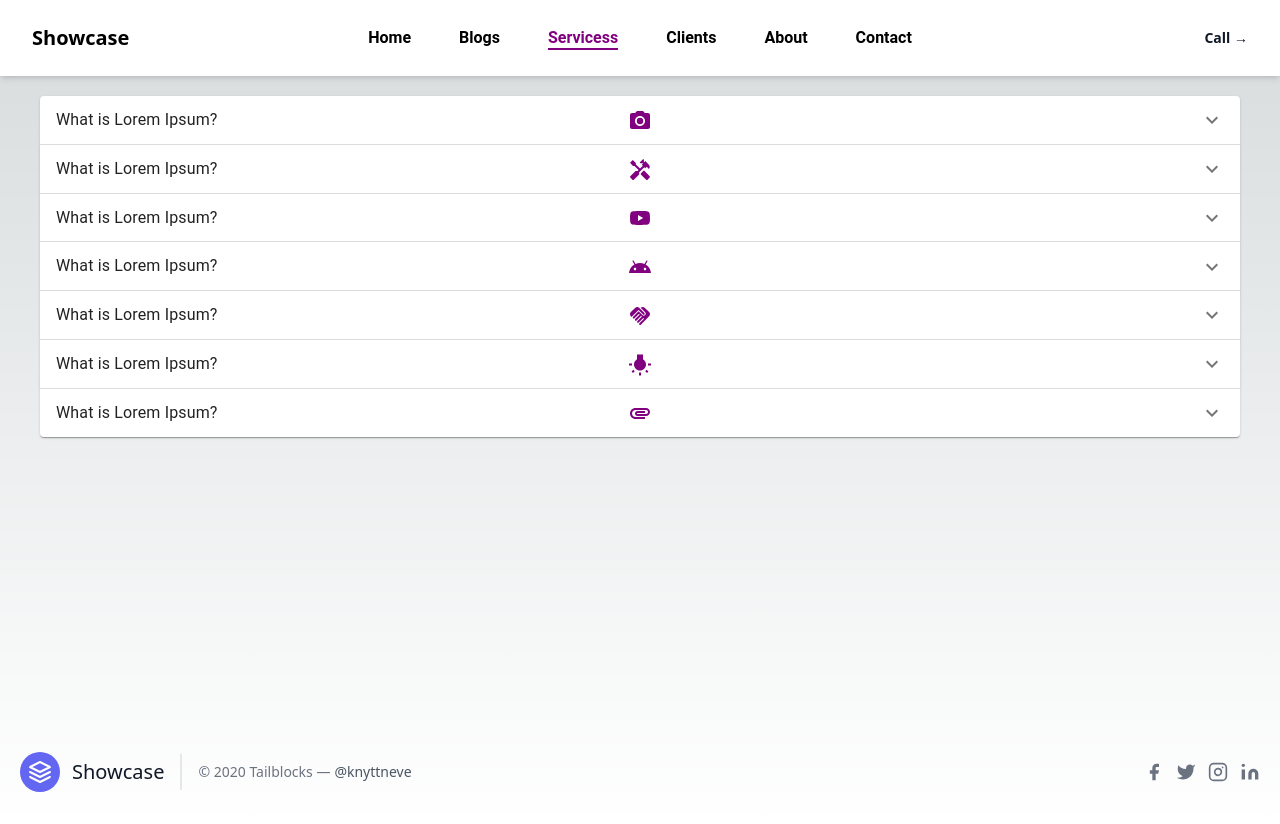
Repository: prashant523580/showcase
Page: /services
These files come from the project's save history. The page is drawn as it stood at one moment and after the next save; the edit follows.
The browser window is 1280 px wide. The pictures show the whole page.
The project was rebuilt for these pictures with package versions that can differ from the ones it lists, and the page was loaded fresh each time. The framework's server and built-in components were replaced by stand-ins that run in the browser. Also part of the build but not shown: next.config.js.

Above is the page before, as saved 2023-03-25 18:15:15.

After the next save:
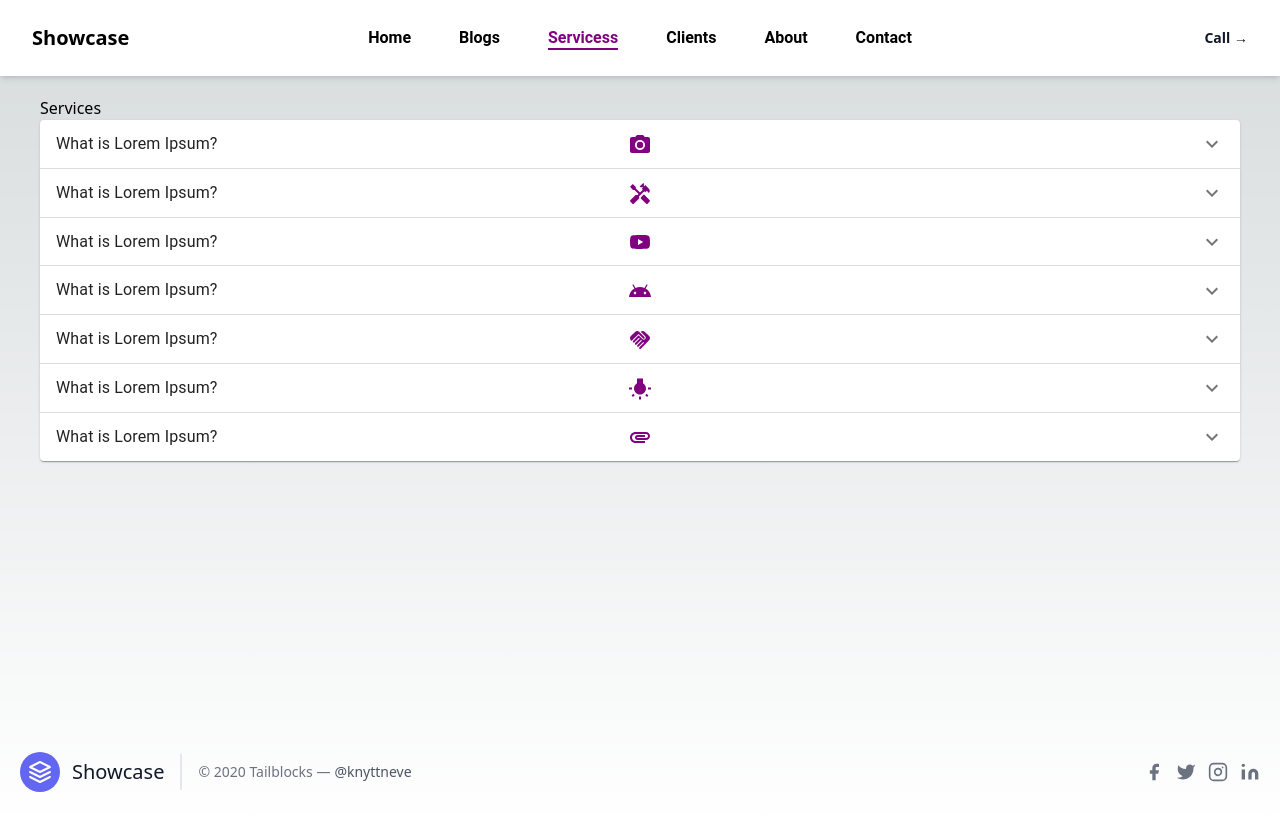
Saved 13 s later.
--- a/src/pages/services.tsx
+++ b/src/pages/services.tsx
@@ -66,6 +66,7 @@ export default function Sercices() {
 
   return (
     <div className='py-24 px-10 h-[100vh]'>
+        <h1>Services</h1>
         {
             services.map((service,ind) => {
                 return(
